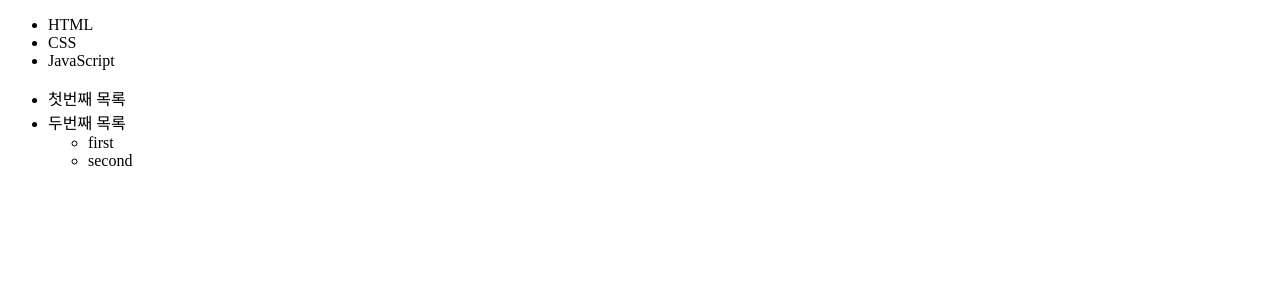
Repository: JeongminHW/Web_study
Page: HTML/myHTML/src/main/webapp/ch03/list2.html
The author's editor kept a copy of each file at every save. The page is drawn from the files as they stood at one save, then again after the next save.
The browser window is 1280 px wide. The pictures show the whole page.

Above is the page before, as saved 2024-07-09 02:10:17.

### HTML/myHTML/src/main/webapp/ch03/list2.html
<!DOCTYPE html>
<html>

<head>
<meta charset="UTF-8">
<title>Insert title here</title>
</head>

<body>
	<ul>
	<li>HTML</li>
	<li>CSS</li>
	<li>JavaScript</li>
	</ul>
	<ul>
	<li>첫번째 목록</li>
	<li>두번째 목록</li>
	<ul>
  	<li> first</li>
  	<li> second </li>
	</ul>
	</ul>
</body>

</html>

After the next save:
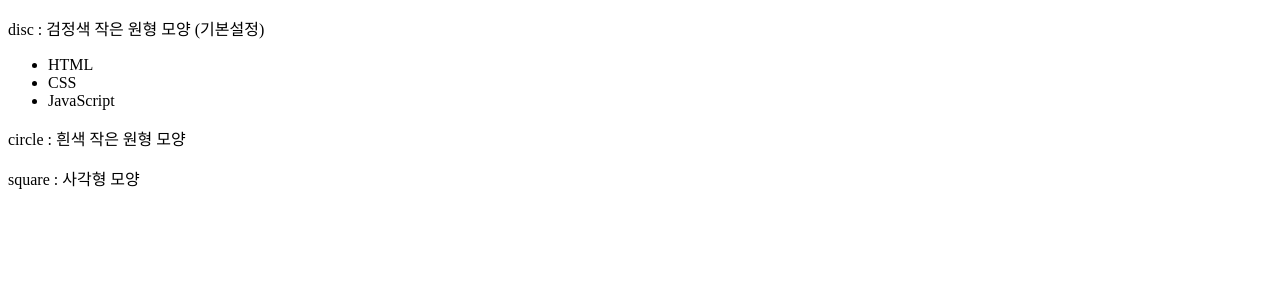
Saved 110 s later.
--- a/HTML/myHTML/src/main/webapp/ch03/list2.html
+++ b/HTML/myHTML/src/main/webapp/ch03/list2.html
@@ -7,19 +7,15 @@
 </head>
 
 <body>
+	<p>disc : 검정색 작은 원형 모양 (기본설정)
 	<ul>
-	<li>HTML</li>
-	<li>CSS</li>
-	<li>JavaScript</li>
+		<li>HTML</li>
+		<li>CSS</li>
+		<li>JavaScript</li>
 	</ul>
-	<ul>
-	<li>첫번째 목록</li>
-	<li>두번째 목록</li>
-	<ul>
-  	<li> first</li>
-  	<li> second </li>
-	</ul>
-	</ul>
+
+	<p>circle : 흰색 작은 원형 모양
+	<p>square : 사각형 모양
 </body>
 
 </html>
